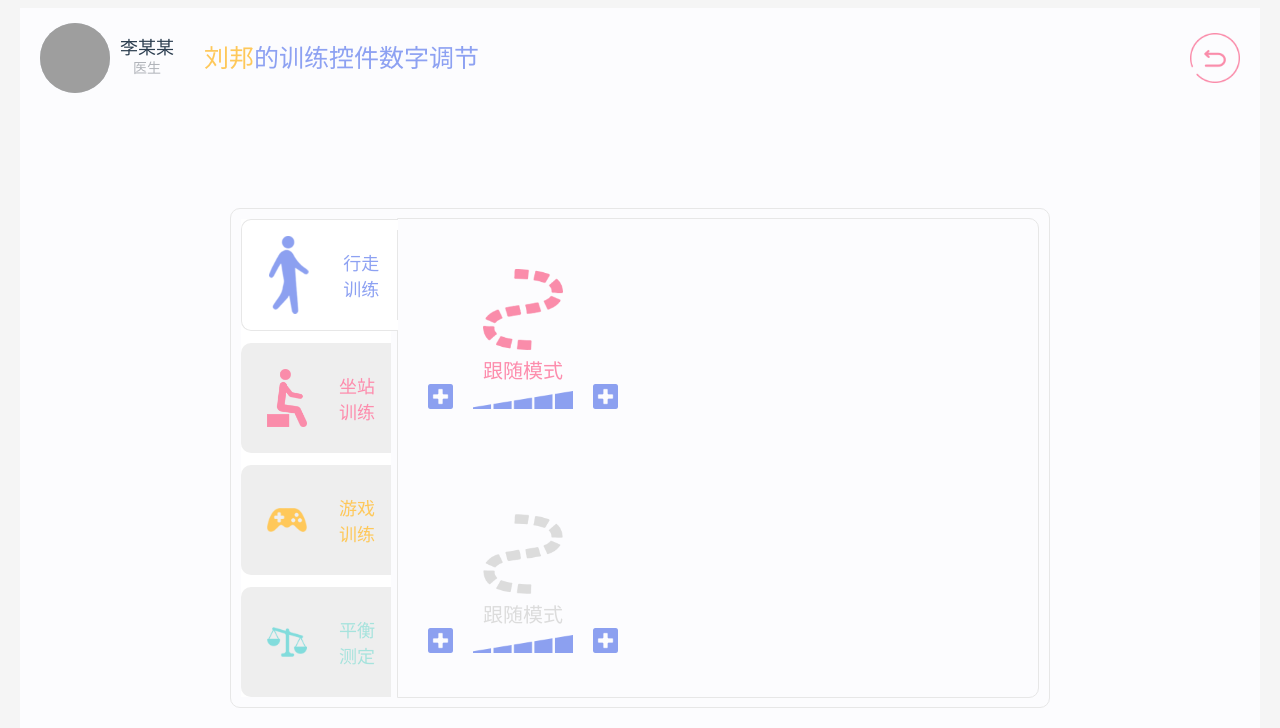
Repository: wangdanqing90/electron-vue-doctor
Page: /#/trainingAdjust
An editor plug-in stored every save of this project. The page is shown before and after the next save, followed by the edit.
The browser window is 1280 px wide. The pictures show the whole page.
Pictures or frames that could not be fetched are drawn as grey boxes. The project was rebuilt for these pictures with package versions that can differ from the ones it lists, and the page was loaded fresh each time. Also part of the build but not shown: vue.config.js, src/views/Home.vue, src/assets/styles/variable.scss, src/assets/styles/iconfont.css.

Above is the page before, as saved 2020-01-15 11:09:07.

### public/index.html
<!DOCTYPE html>
<html lang="en">
  <head>
    <meta charset="utf-8">
    <meta http-equiv="X-UA-Compatible" content="IE=edge">
    <meta name="viewport" content="width=device-width,initial-scale=1.0">
    <link rel="icon" href="<%= BASE_URL %>favicon.ico">
    <title>electron-vue-demo</title>
  </head>
  <body>
    <noscript>
      <strong>We're sorry but electron-vue-demo doesn't work properly without JavaScript enabled. Please enable it to continue.</strong>
    </noscript>
    <div id="app"></div>
    <!-- built files will be auto injected -->
  </body>
</html>

### src/main.js
import Vue from 'vue'
import ElementUI from 'element-ui';
import 'element-ui/lib/theme-chalk/index.css';
import App from './App.vue'
import router from './router'
import store from './store'


import './assets/styles/variable.scss';
import './assets/styles/base.scss';
import './assets/styles/common.scss';
import './assets/styles/iconfont.css';
import common from './assets/js/common.js';


Vue.config.productionTip = false;
Vue.prototype.common = common;
Vue.use(ElementUI);


var vm = new Vue({
  router,
  store,
  render: h => h(App)
}).$mount('#app')





//var addon = require('bindings')('hello');var addon = require('bindings')('hello');
//alert(addon.hello()); // 'world'

### src/App.vue
<template>
  <div id="app">
    <!-- <div id="nav">
      <router-link to="/">Home</router-link> |
      <router-link to="/about">About</router-link>
    </div>-->
    <keep-alive>
      <router-view v-if="$route.meta.keepAlive"></router-view>
    </keep-alive>
    <router-view v-if="!$route.meta.keepAlive"></router-view>
  </div>
</template>

<style lang="scss">
#app {
  font-family: "Avenir", Helvetica, Arial, sans-serif;
  -webkit-font-smoothing: antialiased;
  -moz-osx-font-smoothing: grayscale;
  text-align: center;
  color: #2c3e50;
  height: 100%;
}
#nav {
  padding: 30px;
  a {
    font-weight: bold;
    color: #2c3e50;
    &.router-link-exact-active {
      color: #42b983;
    }
  }
}
</style>

### src/assets/styles/base.scss
html {
  background: #f5f5f5;
  height: 100%;
}

body {
  height: 100%;
}

p {
  margin: 0;
  padding: 0;
}

ol,
ul {
  list-style: none;
  margin: 0;
  padding: 0;
}

a {
  cursor: pointer;
}

.wrap-white {
  background: #fff;
  padding-left: 20px;
  padding-right: 20px;
  overflow: hidden;

}

.el-breadcrumb {
  margin-bottom: 15px;
}

.el-titleText {
  font-size: 20px;
  color: black;
  height: 64px;
  line-height: 64px;
}

//::-webkit-scrollbar {
//  width: 5px;
//  height: 5px;
//}
//
//::-webkit-scrollbar:horizontal {
//  height: 15px;
//}
//
//::-webkit-scrollbar-track-piece:vertical {
//  background-color: rgba(0, 0, 0, 0.2);
//  -webkit-border-radius: 6px;
//}
//
//::-webkit-scrollbar-track:horizontal {
//  background-color: rgba(0, 0, 0, 0.2);
//}
//
//::-webkit-scrollbar-thumb:vertical {
//  height: 5px;
//  background-color: rgba(125, 125, 125, 0.7);
//  -webkit-border-radius: 6px;
//}
//
//::-webkit-scrollbar-thumb:horizontal {
//  width: 5px;
//  background-color: rgba(125, 125, 125, 0.7);
//}

input[type="text"],
input[type="number"] {
  //-webkit-appearance: none;
  background-color: #fff;
  border-radius: 4px;
  border: 1px solid #d8dce5;
  box-sizing: border-box;
  color: #5a5e66;
  display: inline-block;
  font-size: inherit;
  height: 40px;
  line-height: 1;
  outline: 0;
  padding: 0 15px;
  -webkit-transition: border-color .2s cubic-bezier(.645, .045, .355, 1);
  transition: border-color .2s cubic-bezier(.645, .045, .355, 1);
  width: 100%;

  &:hover {
    border-color: #b4bccc;
  }

  &:focus {
    border-color: #409EFF;
    outline: 0;
  }
}

/*滚动条*/
::-webkit-scrollbar {
  -webkit-appearance: none;
}

::-webkit-scrollbar:vertical {
  width: 10px;
}

::-webkit-scrollbar:horizontal {
  height: 10px;
}

::-webkit-scrollbar-thumb {
  background-color: rgba(0, 0, 0, .5);
  border-radius: 10px;
  border: 2px solid #ffffff;
}

::-webkit-scrollbar-track {
  border-radius: 10px;
  background-color: #ffffff;
}

/*margin*/
.margin-bottom-240 {
  margin-bottom: 240px;
}

.margin-top--10 {
  margin-top: -10px;
}

.margin-top--15 {
  margin-top: -15px;
}

.margin-top--18 {
  margin-top: -18px;
}

.margin-top--20 {
  margin-top: -20px;
}

.margin-top--40 {
  margin-top: -40px;
}

.margin-top--60 {
  margin-top: -60px;
}

.margin-top--80 {
  margin-top: -80px;
}

.margin-top--180 {
  margin-top: -180px;
}

.margin-top-0 {
  margin-top: 0px !important;
}

.margin-top-10 {
  margin-top: 10px;
}

.margin-top-15 {
  margin-top: 15px;
}

.margin-top-20 {
  margin-top: 20px;
}

.margin-top-25 {
  margin-top: 25px;
}

.margin-top-30 {
  margin-top: 30px;
}

.margin-top-35 {
  margin-top: 35px;
}

.margin-top-40 {
  margin-top: 40px;
}

.margin-top-46 {
  margin-top: 46px;
}

.margin-top-50 {
  margin-top: 50px;
}

.margin-top-60 {
  margin-top: 60px;
}

.margin-top-70 {
  margin-top: 70px;
}

.margin-top-80 {
  margin-top: 80px;
}

.margin-top-100 {
  margin-top: 100px;
}

.margin-bottom-0 {
  margin-bottom: 0px !important;
}

.margin-bottom-5 {
  margin-bottom: 5px;
}

.margin-bottom-10 {
  margin-bottom: 20px;
}

.margin-bottom-20 {
  margin-bottom: 20px;
}

.margin-bottom-25 {
  margin-bottom: 25px;
}

.margin-bottom-30 {
  margin-bottom: 30px;
}

.margin-bottom-40 {
  margin-bottom: 40px;
}

.margin-bottom-50 {
  margin-bottom: 50px;
}

.margin-bottom-60 {
  margin-bottom: 60px;
}

.margin-bottom-70 {
  margin-bottom: 70px;
}

.margin-left-0 {
  margin-left: 0px !important;
}

.margin-left-5 {
  margin-left: 5px;
}

.margin-left--15 {
  margin-left: -15px;
}

.margin-left--35 {
  margin-left: -35px;
}

.margin-left-10 {
  margin-left: 10px;
}

.margin-left-25 {
  margin-left: 25px;
}

.margin-left-30 {
  margin-left: 30px;
}

.margin-left-40 {
  margin-left: 40px;
}

.margin-right-0 {
  margin-right: 0px;
}

.margin-right-5 {
  margin-right: 5px;
}

.margin-right-10 {
  margin-right: 10px;
}

.margin-right-30 {
  margin-right: 30px;
}


.margin-right--15 {
  margin-right: -15px;
}

.margin-right--35 {
  margin-right: -35px;
}

.margin-right--50 {
  margin-right: -50px;
}

.margin-0 {
  margin: 0px;
}

.padding-top-5 {
  padding-top: 5px;
}

.padding-top-10 {
  padding-top: 10px;
}

.padding-top-15 {
  padding-top: 15px;
}

.padding-top-20 {
  padding-top: 20px;
}

.padding-top-26 {
  padding-top: 26px;
}

.padding-top-30 {
  padding-top: 30px;
}

.padding-top-35 {
  padding-top: 35px;
}

.padding-top-40 {
  padding-top: 40px;
}

.padding-top-60 {
  padding-top: 60px;
}

.padding-top-70 {
  padding-top: 70px;
}

.padding-top-100 {
  padding-top: 100px;
}

.padding-top-150 {
  padding-top: 150px;
}

.padding-top-250 {
  padding-top: 250px;
}

.padding-left-0 {
  padding-left: 0px;
}

.padding-left-5 {
  padding-left: 5px;
}

.padding-left-7 {
  padding-left: 7.5px;
}

.padding-left-10 {
  padding-left: 10px;
}

.padding-left-12 {
  padding-left: 12px;
}

.padding-left-15 {
  padding-left: 15px;
}

.padding-left-20 {
  padding-left: 20px;
}

.padding-left-24 {
  padding-left: 24px;
}

.padding-left-30 {
  padding-left: 30px;
}

.padding-left-40 {
  padding-left: 40px;
}

.padding-left-50 {
  padding-left: 50px;
}

.padding-left-70 {
  padding-left: 70px;
}

.padding-left-90 {
  padding-left: 90px;
}

.padding-bottom-5 {
  padding-bottom: 5px;
}

.padding-bottom-10 {
  padding-bottom: 10px;
}

.padding-bottom-20 {
  padding-bottom: 20px;
}

.padding-bottom-26 {
  padding-bottom: 26px;
}

.padding-bottom-30 {
  padding-bottom: 30px;
}

.padding-bottom-40 {
  padding-bottom: 40px;
}

.padding-bottom-50 {
  padding-bottom: 50px;
}

.padding-bottom-60 {
  padding-bottom: 60px;
}

.padding-bottom-100 {
  padding-bottom: 100px;
}

.padding-right-0 {
  padding-right: 0px;
}

.padding-right-7 {
  padding-right: 7.5px;
}

.padding-right-15 {
  padding-right: 15px;
}

.padding-right-30 {
  padding-right: 30px;
}

.padding-right-40 {
  padding-right: 40px;
}

.padding-right-50 {
  padding-right: 50px;
}

.padding-right-60 {
  padding-right: 60px;
}

.padding-right-90 {
  padding-right: 90px;
}

.padding-0 {
  padding: 0px !important;
}

.padding-15 {
  padding: 15px;
}

.padding-20 {
  padding: 20px;
}

@media (min-width: 992px) {
  .margin-left-15 {
    margin-left: 15px;
  }

  .margin-right-15 {
    margin-right: 15px;
  }
}

body {
  font-size: 12px;
  color: #7F8FA4;
  font-family: "Helvetica Neue", Helvetica, "PingFang SC", "Hiragino Sans GB", "Microsoft YaHei", "微软雅黑", Arial, sans-serif;
  box-sizing: border-box;
}

.container {
  width: 1200px;
  min-height: 100%;
  margin: 0 auto;
  background: #fcfcfe;
  padding: 0 20px;
}

.el-dialog__body {
  font-size: 12px;
}

.pb10 {
  padding-bottom: 10px;
}

.pb30 {
  padding-bottom: 30px;
}

.mb30 {
  margin-bottom: 30px;
}

.toolbar {
  background: #fff;
  padding: 10px;
  margin: 10px 0px;
  text-align: center;
}

.handleMoreWrap .el-dialog__body {
  padding: 10px;
}

.handleMore-title {
  text-align: center;
  padding-bottom: 6px;
}

.handleMoreHeight {
  max-height: 300px;
  overflow: hidden;
  overflow-y: auto;
  border-top: 1px solid #ddd;
  padding-top: 10px;
}

.el-table__header th {
  white-space: nowrap;
  font-size: 12px;
  font-weight: 100;
}

.content-wrapper {
  -webkit-overflow-scrolling: touch;
}

.center {
  text-align: center;
}

.text-right {
  text-align: right;
}

.text-left {
  text-align: left;
}

.f-left {
  float: left;
}

.f-right {
  float: right;
}

.hand {
  cursor: pointer;
}

/*flex兼容*/
.display_flex {
  display: -webkit-box;
  display: -ms-flexbox;
  display: -webkit-flex;
  display: flex;
}

// .display_flex>* {
//   display: block;
// }

.display_inline-flex {
  display: -webkit-inline-box;
  display: -ms-inline-flexbox;
  display: -webkit-inline-flex;
  display: inline-flex;
}

// .display_inline-flex>* {
//   display: block;
// }

/*伸缩流方向*/
.flex-direction_column {
  -webkit-box-orient: vertical;
  -ms-flex-direction: column;
  -webkit-flex-direction: column;
  flex-direction: column;
}

/*主轴对齐*/
.justify-content_flex-center {
  -webkit-box-pack: center;
  -ms-flex-pack: center;
  -webkit-justify-content: center;
  justify-content: center;
}

.justify-content_flex-start {
  -webkit-box-pack: start;
  -ms-flex-pack: start;
  -webkit-justify-content: flex-start;
  justify-content: flex-start;
}

.justify-content_flex-end {
  -webkit-box-pack: end;
  -ms-flex-pack: end;
  -webkit-justify-content: flex-end;
  justify-content: flex-end;
}

.justify-content_flex-justify {
  -webkit-box-pack: justify;
  -ms-flex-pack: justify;
  -webkit-justify-content: space-between;
  justify-content: space-between;
}

.justify-content_flex-around {
  -webkit-box-pack: justify;
  -ms-flex-pack: justify;
  -webkit-justify-content: space-around;
  justify-content: space-around;
}

/*侧轴对齐*/
.align-items_flex-start {
  -webkit-box-align: start;
  -ms-flex-align: start;
  -webkit-align-items: flex-start;
  align-items: flex-start;
}

.align-items_flex-end {
  -webkit-box-align: end;
  -ms-flex-align: end;
  -webkit-align-items: flex-end;
  align-items: flex-end;
}

.align-items_center {
  -webkit-box-align: center;
  -ms-flex-align: center;
  -webkit-align-items: center;
  align-items: center;
}

.align-items_baseline {
  -webkit-box-align: baseline;
  -ms-flex-align: baseline;
  -webkit-align-items: baseline;
  align-items: baseline;
}

/*伸缩性*/
.flex_auto {
  -webkit-box-flex: 1;
  -ms-flex: auto;
  -webkit-flex: auto;
  flex: auto;
}

.flex_1 {
  width: 0;
  -webkit-box-flex: 1;
  -ms-flex: 1;
  -webkit-flex: 1;
  flex: 1;
}

/*显示顺序*/
.order_2 {
  -webkit-box-ordinal-group: 2;
  -ms-flex-order: 2;
  -webkit-order: 2;
  order: 2;
}

.order_3 {
  -webkit-box-ordinal-group: 3;
  -ms-flex-order: 3;
  -webkit-order: 3;
  order: 3;
}

### src/assets/styles/common.scss
.clearfix {

  &::after {
    display: block;
    height: 0;
    content: ".";
    clear: both;
    visibility: hidden;
  }
}

.float-left {
  float: left;
}

.float-right {
  float: right;
}

.align-left {
  text-align: left;
}

.align-right {
  text-align: right;
}

.small-size {
  font-size: 12px !important;
}

.large-size {
  font-size: 16px !important;
}

.New-elFrom {
  padding: 10px;
  background: #fff;

  .el-form-item {
    margin-bottom: 0;
  }

  .el-form-item__label {
    padding: 0;
    line-height: 30px;
    font-size: 12px;
    color: #7F8FA4;

  }

  .el-form-item__content-btn {
    text-align: center;
    padding: 20px 0 10px;
  }

  .el-select {
    display: block;
  }

  .el-date-editor.el-input,
  .el-input-number--medium {
    width: 100%;
  }
}

.el-radio-group {
  display: flex;
  display: -webkit-flex;
}

.el-radio-group .el-radio-button {
  flex: 1;
}



.el-button.purple,
.el-button.purple:active,
.el-button.purple:focus,
.el-button.purple:hover {
  color: white;
  background-color: #8c69e7;
  border: none;
  box-shadow: 0 2px 12px 0 rgba(240, 240, 240, 0.1)
}



.el-dialog {
  border-radius: 10px;

  .el-dialog__body {
    .purple {
      color: $purpleFontColor;
      font-size: 20px;
    }
  }
}

.el-form-item__label {
  color: $purpleFontColor;
}

.el-message-box .el-message-box__content {
  color: $purpleFontColor;
  font-size: 20px;
  margin: 30px 0;
  text-align: center;
}

.purpleFontColor {
  color: $purpleFontColor;
}

.pinkFontColor {
  color: $pinkFontColor;
}

.greenFontColor {
  color: $greenFontColor;
}

.yellowFontColor {
  color: $yellowFontColor;
}

### src/assets/js/common.js
1
export default {
    login: function () {
        console.log("1111");
    },

    // 判断是否为空
    isNullOrBlank: function (strJudge) {
        return strJudge === null || strJudge === undefined || strJudge === '';
    },

    // 计算两个日期时间差
    DateDiff: function (sDate1, sDate2) { // sDate1和sDate2是2002-12-18格式
        var aDate, oDate1, oDate2, iDays
        aDate = sDate1.split('-')
        oDate1 = new Date(aDate[1] + '-' + aDate[2] + '-' + aDate[0])
        aDate = sDate2.split('-')
        oDate2 = new Date(aDate[1] + '-' + aDate[2] + '-' + aDate[0])
        iDays = parseInt(Math.abs(oDate1 - oDate2) / 1000 / 60 / 60 / 24)
        return iDays
    }
}

### src/views/TrainingAdjust/TrainingAdjust.vue
/* eslint-disable vue/no-unused-vars */
<template>
  <div class="container">
    <HeaderDoctor :leftImg="leftImg" :title="title" :titleName="titleName">
      <template v-slot:right>
        <div class="header-right-div display_flex justify-content_flex-center align-items_center">
          <img src="@/../images/back.png" @click="backClick" />
        </div>
      </template>
    </HeaderDoctor>

    <div class="inform-container">
      <div class="inform-inner display_flex justify-content_flex-justify align-items_center">
        <div
          class="left display_inline-flex flex-direction_column justify-content_flex-justify align-items_center"
        >
          <div
            class="left-inner"
            :class="activeClass == index ? 'active':''"
            v-for="(item,index) in tagList"
            :key="index"
            @click="getItem(index)"
          >
            <div
              class="left-inner-inner display_flex justify-content_flex-around align-items_center"
            >
              <img :src="item.imgsrc" />
              <div :class="item.colorClass">
                <div>{{item.name}}</div>
                <div>{{item.namebottom}}</div>
              </div>
            </div>
          </div>
        </div>
        <div class="right">
          <div
            class="adjust-container"
            :class="activeRightClass == index ? item.colorClass:''"
            v-for="(item,index) in adjustList"
            :key="index"
            @click="selectClick(index)"
          >
            <div class="top">
              <img :src="item.activeRightClass?item.selectedImg:item.unselectedImg" />
              <div>{{item.title}}</div>
            </div>
            <div class="bottom">
              <Adjust></Adjust>
            </div>
          </div>
        </div>
      </div>
    </div>
  </div>
</template>

<script>
import HeaderDoctor from "@/components/HeaderDoctor/HeaderDoctor.vue";
import Adjust from "@/components/Adjust/Adjust.vue";

export default {
  name: "trainingPlan",
  components: {
    HeaderDoctor,
    Adjust
  },

  data() {
    return {
      leftImg: "",
      activeClass: 0,
      activeRightClass: 0,
      tagList: [
        {
          name: "行走",
          namebottom: "训练",
          id: 1,
          imgsrc: require("@/../images/walkingtraining.png"),
          colorClass: "purpleFontColor"
        },
        {
          name: "坐站",
          namebottom: "训练",
          id: 2,
          imgsrc: require("@/../images/stationtraining.png"),
          colorClass: "pinkFontColor"
        },
        {
          name: "游戏",
          namebottom: "训练",
          id: 3,
          imgsrc: require("@/../images/gametraining.png"),
          colorClass: "yellowFontColor"
        },
        {
          name: "平衡",
          namebottom: "测定",
          id: 4,
          imgsrc: require("@/../images/balancedetermination.png"),
          colorClass: "greenFontColor"
        }
      ],
      adjustList: [
        {
          selectedImg: require("@/../images/followmode_0.png"),
          unselectedImg: require("@/../images/followmode_2.png"),
          title: "跟随模式",
          width: "210px",
          colorClass: "pinkFontColor",
          activeRightClass: true
        },
        {
          selectedImg: require("@/../images/followmode_0.png"),
          unselectedImg: require("@/../images/followmode_2.png"),
          title: "跟随模式",
          width: "210px",
          colorClass: "pinkFontColor",
          activeRightClass: false
        }
      ]
    };
  },
  created() {
    this.leftImg = require("../../../images/logo.png");
    this.title = "的训练控件数字调节";
    this.titleName = "刘邦";
  },
  methods: {
    backClick() {
      this.$router.go(-1);
    },
    getItem(index) {
      this.activeClass = index; // 把当前点击元素的index，赋值给activeClass
    },
    selectClick(index) {
      this.activeRightClass = index; // 把当前点击元素的index，赋值给activeClass
    }
  },
  watch: {}
};
</script>

<style scoped lang="scss">
.header {
  .header-right {
    img {
      width: 50px;
      margin-left: 20px;
    }
  }
}
.inform-container {
  box-sizing: border-box;
  margin: 100px auto;
  height: 500px;
  font-size: 12px;
  border-radius: 10px;
  border: 1px solid #e7e7e7;
  width: 820px;

  .inform-inner {
    box-sizing: border-box;
    padding: 10px;
    height: 100%;
    font-size: 18px;
    .left {
      width: 150px;
      background: white;
      height: 100%;
      z-index: 10;
      .left-inner {
        width: 100%;
        border-radius: 10px 0 0 10px;
        background: #eeeeee;
        .left-inner-inner {
          height: 90px;
          margin: 10px 0 10px 10px;
        }
        img {
          width: 40px;
        }
      }
      .active {
        background: white;
        border-top: 1px solid #e7e7e7;
        border-left: 1px solid #e7e7e7;
        border-bottom: 1px solid #e7e7e7;
        width: 156px;
        margin-right: -6px;
        .left-inner-inner {
          border-right: 1px solid #e7e7e7;
        }
      }
    }
    .right {
      width: 640px;
      height: 100%;
      border-top: 1px solid #e7e7e7;
      border-right: 1px solid #e7e7e7;
      border-bottom: 1px solid #e7e7e7;
      border-left: 1px solid #e7e7e7;
      border-radius: 0 10px 10px 0;
      color: #dcdcdc;
      .adjust-container {
        width: 210px;
        padding: 50px 20px;
        .purpleFontColor {
          color: $purpleFontColor;
        }

        .pinkFontColor {
          color: $pinkFontColor;
        }

        .greenFontColor {
          color: $greenFontColor;
        }

        .yellowFontColor {
          color: $yellowFontColor;
        }
        .top {
          font-size: 20px;
          img {
            width: 80px;
          }
        }
      }
    }
  }
}
</style>

### src/components/HeaderDoctor/HeaderDoctor.vue
// 头部组件
<template>
  <el-row>
    <el-col :span="24" class="header">
      <div
        @click="jumpDoctorInform"
        class="header-left f-left display_flex justify-content_flex-center align-items_center"
      >
        <el-avatar
          :size="70"
          src="https://cube.elemecdn.com/0/88/03b0d39583f48206768a7534e55bcpng.png"
        ></el-avatar>
        <div
          class="display_flex flex-direction_column justify-content_flex-center align-items_center margin-left-10"
        >
          <div class="name">李某某</div>
          <div class="job">医生</div>
        </div>
      </div>
      <div class="header-middle-name f-left">{{titleName}}</div>
      <div class="header-middle f-left">{{title}}</div>

      <div class="header-right f-right">
        <slot name="right"></slot>
      </div>
    </el-col>
  </el-row>
</template>

<script>
export default {
  name: "HeaderDoctor",
  props: {
    msg: String,
    leftImg: {
      type: String,
      default: "../../../images/logo.png"
    },
    title: { String, default: "" },
    titleName: { String, default: "" }
  },

  data() {
    return {};
  },

  created() {},
  beforeDestroy() {},
  beforeMount() {},
  mounted() {},
  destroyed() {},
  methods: {
    jumpDoctorInform() {
      this.$router.push({
        path: "/detailInform",
        name: "detailInform",
        query: { type: "doctor" }
      });
    }
  }
};
</script>

<style scoped lang="scss">
.header {
  height: 100px;
  line-height: 100px;
  .header-left {
    height: 100%;
    text-align: left;
    margin-right: 30px;
    img {
      width: 150px;
    }
    .name {
      height: 20px;
      line-height: 20px;
      font-size: 18px;
    }
    .job {
      height: 20px;
      line-height: 20px;
      font-size: 14px;
      color: #b0b3b9;
    }
  }
  .header-middle-name {
    font-size: 25px;

    color: $yellowFontColor;
  }
  .header-middle {
    font-size: 25px;

    color: $purpleFontColor;
  }
  .header-right {
    height: 100%;
  }
}

::v-deep .header-right-div {
  height: 100%;
}
</style>

### src/components/Adjust/Adjust.vue
// 调节组件
<template>
  <div class="adjust">
    <img class="adjustLeft" src="@/../images/add_1.png" />
    <img class="adjustMiddle" src="@/../images/blue_5.png" />
    <img class="adjustRight" src="@/../images/add_1.png" />
  </div>
</template>

<script>
export default {
  name: "Adjust",
  props: {
    msg: String,
    leftImg: {
      type: String,
      default: "../../../images/logo.png"
    },
    title: { String, default: "" }
  },

  data() {
    return {};
  },

  created() {},
  beforeDestroy() {},
  beforeMount() {},
  mounted() {},
  destroyed() {},
  methods: {}
};
</script>

<style scoped lang="scss">
.adjust {
  .adjustLeft,
  .adjustRight {
    width: 25px;
  }
  .adjustMiddle {
    width: 100px;
    margin: 0 20px;
  }
}
</style>

Loaded but not shown: src/store.js (common file); src/router.js (99 lines, source omitted)

After the next save:
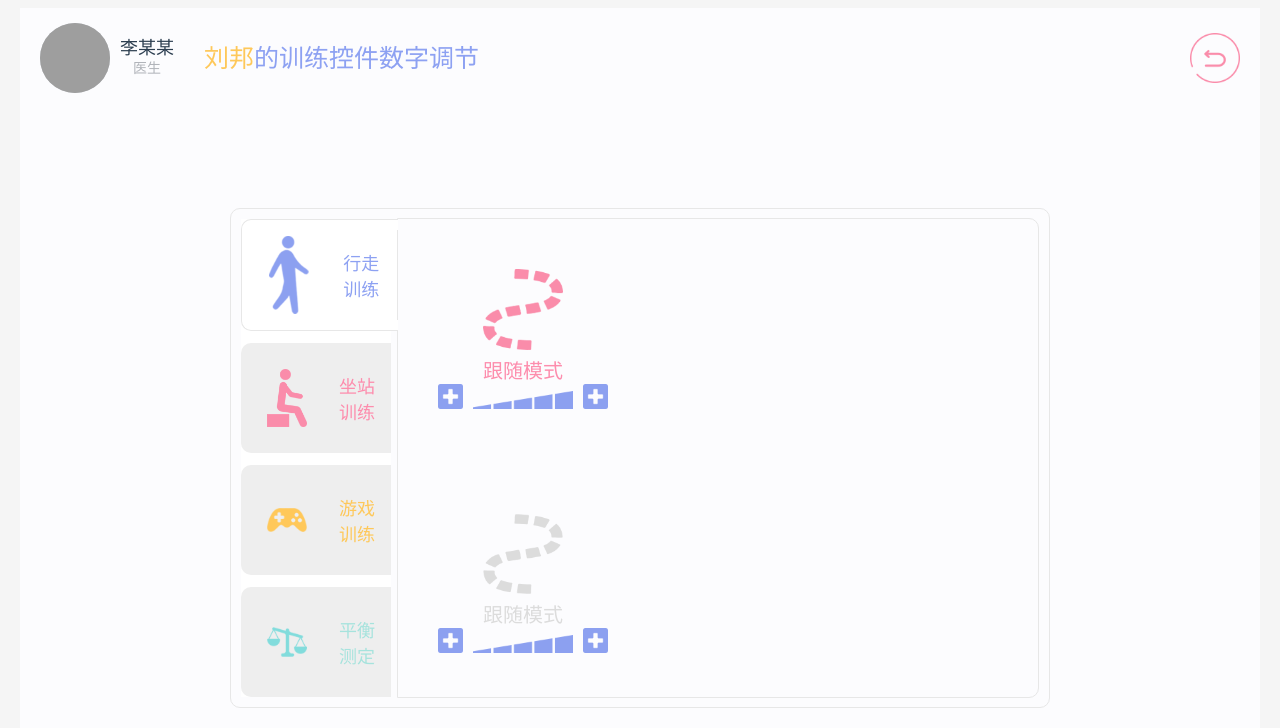
Saved 12 s later.
--- a/src/components/Adjust/Adjust.vue
+++ b/src/components/Adjust/Adjust.vue
@@ -40,7 +40,7 @@ export default {
   }
   .adjustMiddle {
     width: 100px;
-    margin: 0 20px;
+    margin: 0 10px;
   }
 }
 </style>
